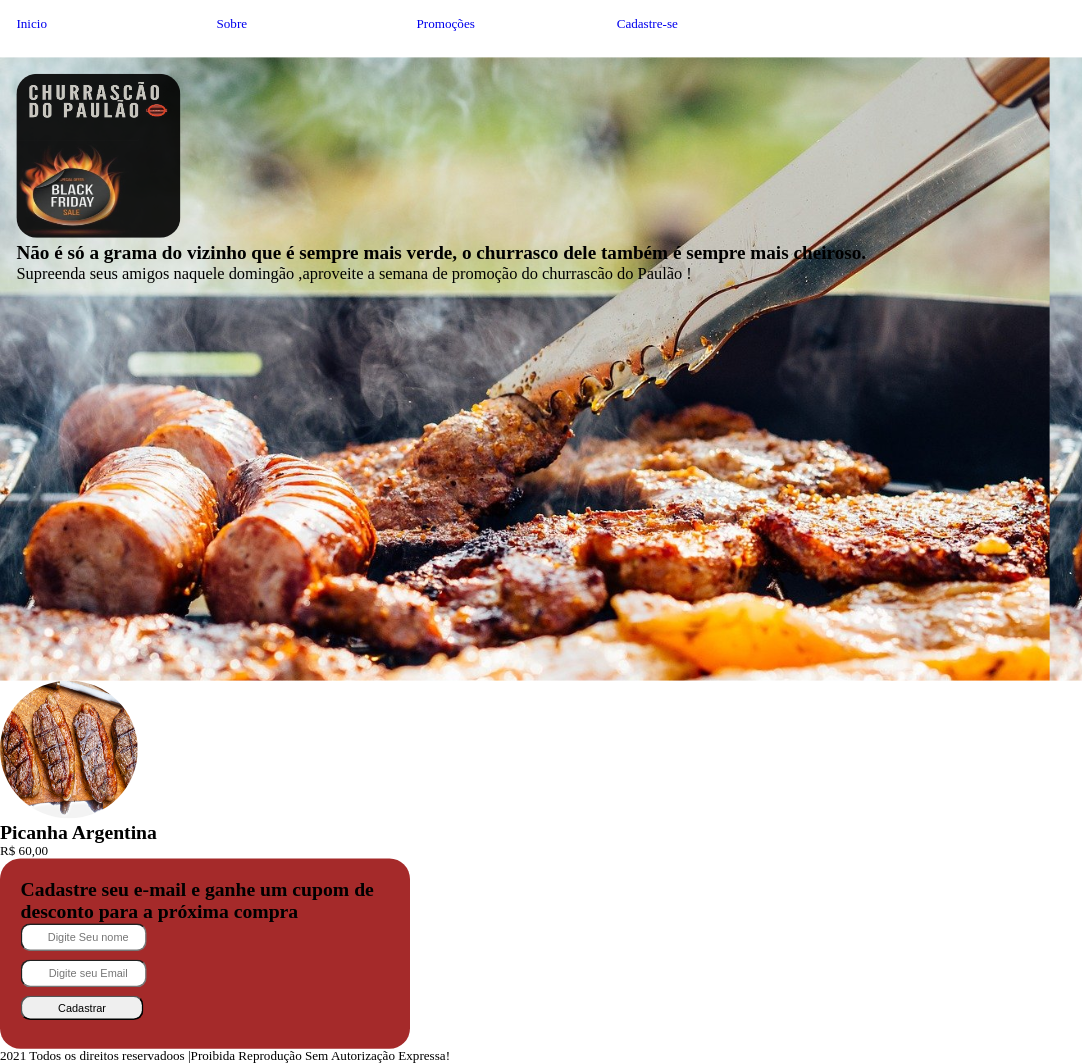
Repository: PauloMarquess/ProjetoBlackFriday
Page: index.html
These files come from the project's save history. The page is drawn as it stood at one moment and after the next save; the edit follows.
The browser window is 1280 px wide. The page is 1320 px wide, so the pictures cover 1320 px, including what lies to the right of the window. The pictures show the whole page, at 82% of full size.

Above is the page before, as saved 2021-07-15 16:38:18.

After the next save:
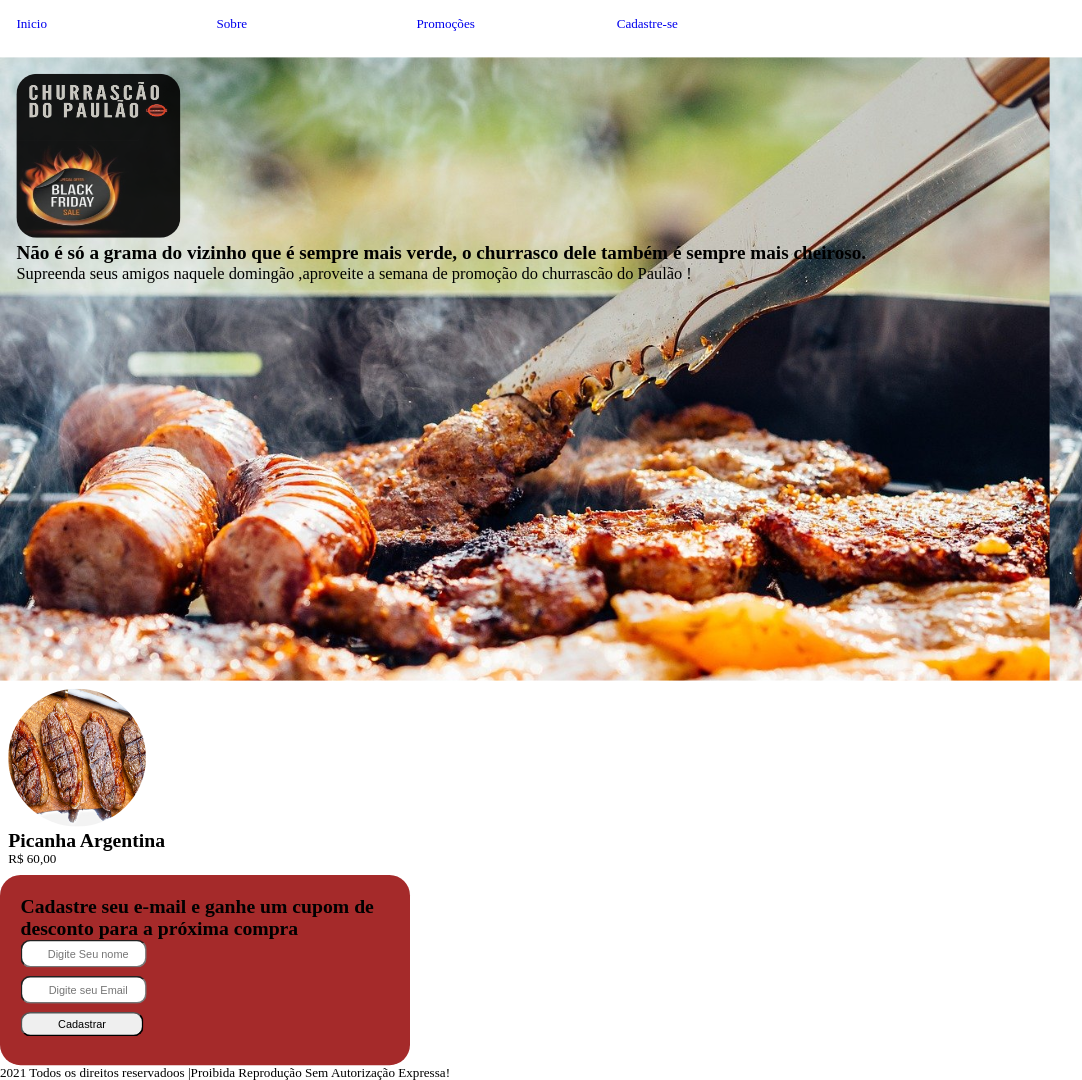
Saved 25 s later.
--- a/css/style.css
+++ b/css/style.css
@@ -61,6 +61,9 @@
    text-align: center;
 }
 
+.produtos {
+    padding: 10px;
+}
 .produtos img{
     width: 168px;
      height: 168px;
